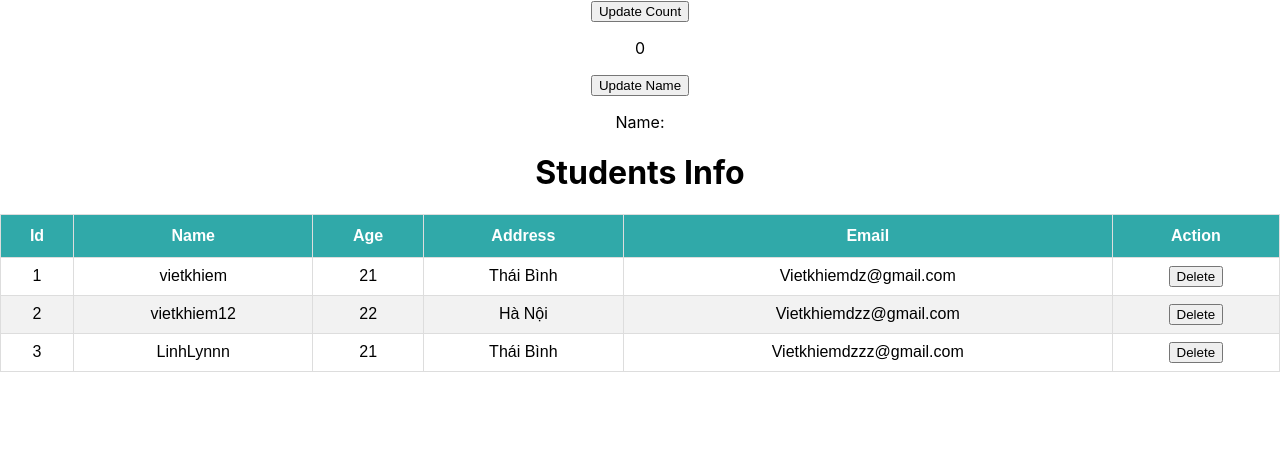
Repository: vietkhiem/TypeScript
Page: /
These files come from the project's save history. The page is drawn as it stood at one moment and after the next save; the edit follows.
The browser window is 1280 px wide. The pictures show the whole page.
The project was rebuilt for these pictures with package versions that can differ from the ones it lists, and the page was loaded fresh each time.

Above is the page before, as saved 2022-03-18 17:17:44.

After the next save:
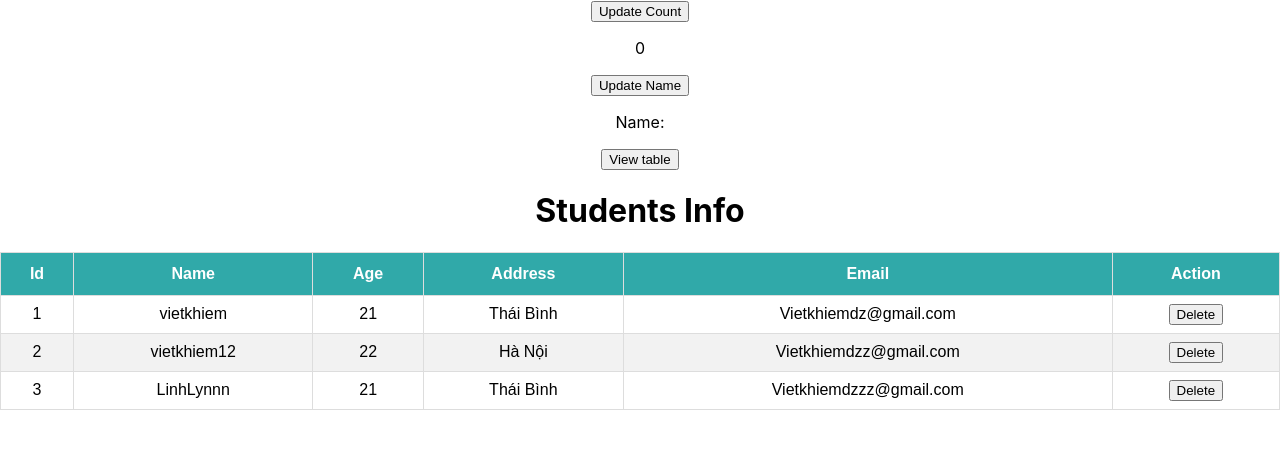
Saved 58 s later.
--- a/src/App.tsx
+++ b/src/App.tsx
@@ -38,6 +38,7 @@ function App() {
         <p>{count}</p>
       <button onClick={() => setName('viet khiem')}>Update Name</button>
         <p>Name: {name}</p>
+        <button onClick={() => setShowTable(false)}>View table</button>
       {/* thêm view login vào trong App.tsx */}
         <Login />
         {/* thêm components table vào app */}
